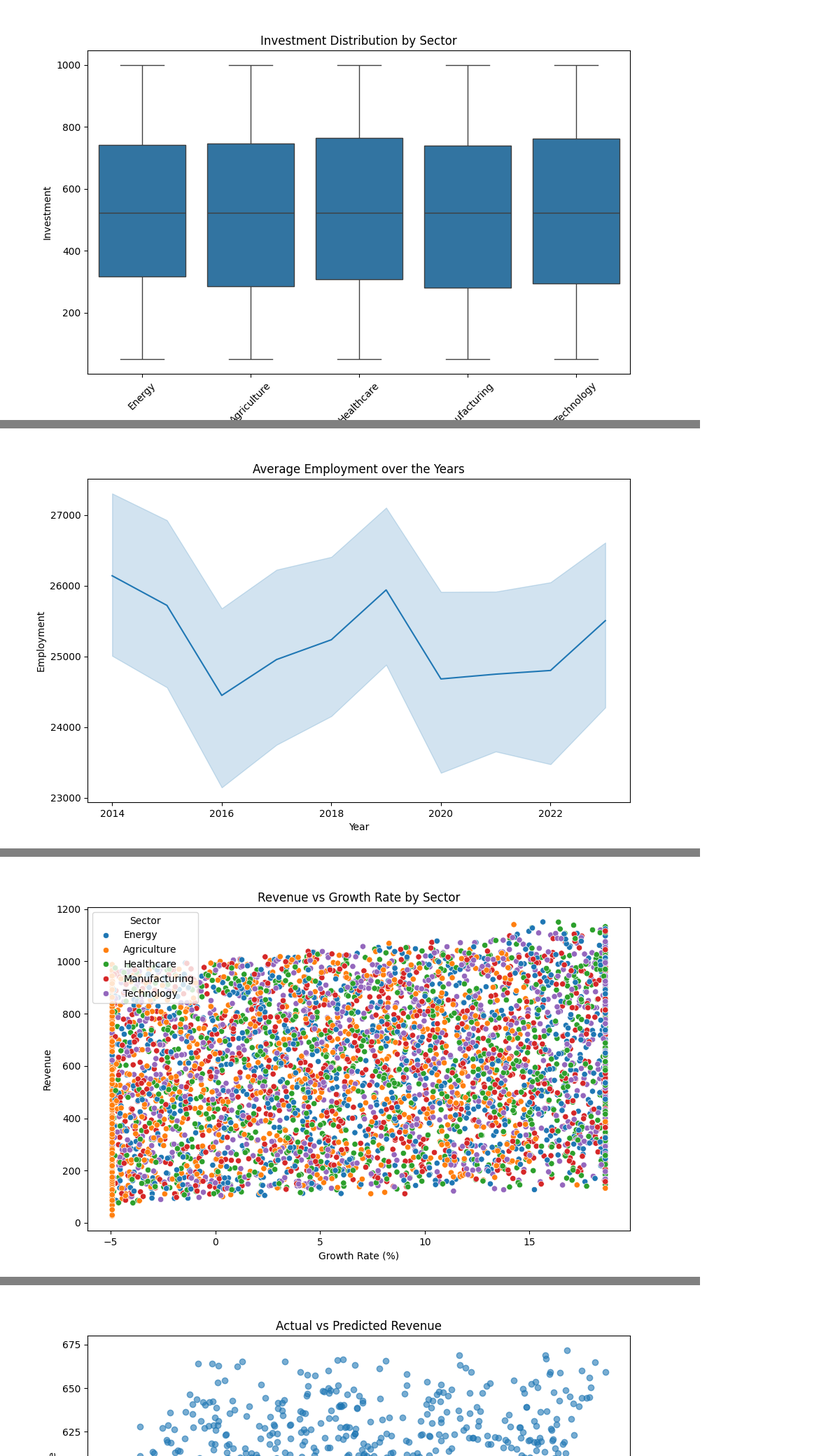
Repository: sjetti5555/GenAi
Script's output: python Training/AllDomains/IndustrialPolicy.py
An editor plug-in stored every save of this project. The script's output is shown before and after a run of saves, followed by the edit.
The pictures show rows 0 to 2080 of an output 2436 px tall, at 70% of full size.
Each picture stacks the figures in order, with grey between them; figures that are only written to a file come last. The script is stopped after its 8th figure. Random numbers start from a fixed seed.

Above is the script's output before, as saved 2024-10-27 18:46:20.

### Training/AllDomains/IndustrialPolicy.py
import pandas as pd
import numpy as np
import seaborn as sns
import matplotlib.pyplot as plt
from sklearn.model_selection import train_test_split
from sklearn.linear_model import LinearRegression
from sklearn.metrics import mean_squared_error, r2_score

# Load the dataset
file_path = r'C:\Users\srira\OneDrive\Desktop\Gen_AI\Training\AllDomains\1IndustrialPolicyDataset.py.csv'
df = pd.read_csv(file_path)
print(df.head())
print(df.describe())
print(df.info())

# Step 1: Data Cleaning
# Fill missing values with median (for numerical columns)
df['Employment'].fillna(df['Employment'].median(), inplace=True)
df['Investment'].fillna(df['Investment'].median(), inplace=True)



# Capping outliers in 'Growth Rate (%)' within the 5th and 95th percentiles
upper_limit = df['Growth Rate (%)'].quantile(0.95)
lower_limit = df['Growth Rate (%)'].quantile(0.05)
df['Growth Rate (%)'] = np.where(df['Growth Rate (%)'] > upper_limit, upper_limit,
                                 np.where(df['Growth Rate (%)'] < lower_limit, lower_limit, df['Growth Rate (%)']))

print("Data cleaning complete.")

# Step 2: Descriptive Statistics and Data Visualization
print("Descriptive statistics:\n", df.describe())

# 1. Investment by Sector
plt.figure(figsize=(10, 6))
sns.boxplot(x='Sector', y='Investment', data=df)
plt.title('Investment Distribution by Sector')
plt.xticks(rotation=45)
plt.show()

# 2. Employment by Year
plt.figure(figsize=(10, 6))
sns.lineplot(x='Year', y='Employment', data=df, estimator='mean')
plt.title('Average Employment over the Years')
plt.show()

# 3. Revenue by Growth Rate
plt.figure(figsize=(10, 6))
sns.scatterplot(x='Growth Rate (%)', y='Revenue', data=df, hue='Sector')
plt.title('Revenue vs Growth Rate by Sector')
plt.show()

# Step 3: Modeling for Future Predictions
# Prepare features and target
X = df[['Year', 'Employment', 'Investment', 'Growth Rate (%)', 'Exports']]
y = df['Revenue']

# Split data into training and testing sets
X_train, X_test, y_train, y_test = train_test_split(X, y, test_size=0.2, random_state=42)

# Train a Linear Regression model
model = LinearRegression()
model.fit(X_train, y_train)

# Make predictions
y_pred = model.predict(X_test)

# Model evaluation
mse = mean_squared_error(y_test, y_pred)
r2 = r2_score(y_test, y_pred)
print(f'Model Mean Squared Error: {mse}')
print(f'Model R^2 Score: {r2}')

# Visualize predictions vs actual values
plt.figure(figsize=(10, 6))
plt.scatter(y_test, y_pred, alpha=0.6)
plt.xlabel("Actual Revenue")
plt.ylabel("Predicted Revenue")
plt.title("Actual vs Predicted Revenue")
plt.show()

# Policy Recommendations (For reference, as the code output is for analysis)
print("Policy Recommendations based on the analysis:")
print("1. Increase investment in sectors with high growth rate but lower revenue to stimulate growth.")
print("2. Enhance employment programs in sectors with steady growth but low workforce.")
print("3. Implement sustainability measures in sectors with high environmental impact.")

Loaded but not shown: Training/AllDomains/1IndustrialPolicyDataset.py.csv (5051 lines, source omitted)

After the next 2 saves:
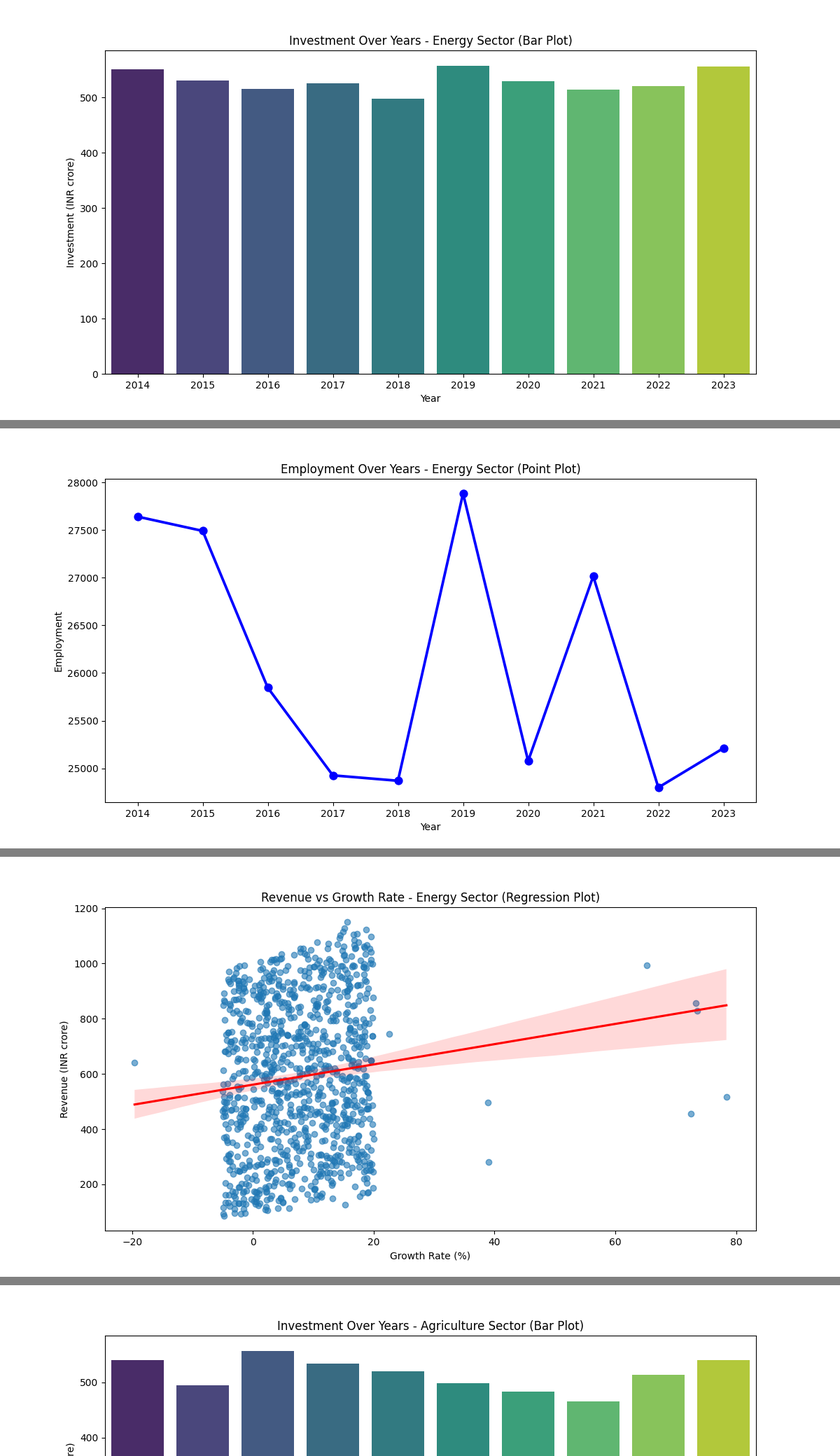
The 2 saves are shown as one change because 1 did not build or start.
The last was saved 11 min 55 s later.
--- a/Training/AllDomains/IndustrialPolicy.py
+++ b/Training/AllDomains/IndustrialPolicy.py
@@ -9,46 +9,50 @@ from sklearn.metrics import mean_squared_error, r2_score
 # Load the dataset
 file_path = r'C:\Users\srira\OneDrive\Desktop\Gen_AI\Training\AllDomains\1IndustrialPolicyDataset.py.csv'
 df = pd.read_csv(file_path)
+
 print(df.head())
 print(df.describe())
 print(df.info())
-
-# Step 1: Data Cleaning
-# Fill missing values with median (for numerical columns)
-df['Employment'].fillna(df['Employment'].median(), inplace=True)
-df['Investment'].fillna(df['Investment'].median(), inplace=True)
+print(df.isnull().sum())
 
 
 
-# Capping outliers in 'Growth Rate (%)' within the 5th and 95th percentiles
-upper_limit = df['Growth Rate (%)'].quantile(0.95)
-lower_limit = df['Growth Rate (%)'].quantile(0.05)
-df['Growth Rate (%)'] = np.where(df['Growth Rate (%)'] > upper_limit, upper_limit,
-                                 np.where(df['Growth Rate (%)'] < lower_limit, lower_limit, df['Growth Rate (%)']))
 
-print("Data cleaning complete.")
 
-# Step 2: Descriptive Statistics and Data Visualization
-print("Descriptive statistics:\n", df.describe())
 
-# 1. Investment by Sector
-plt.figure(figsize=(10, 6))
-sns.boxplot(x='Sector', y='Investment', data=df)
-plt.title('Investment Distribution by Sector')
-plt.xticks(rotation=45)
-plt.show()
+# Step 2: Descriptive Statistics and Visualization for Each Sector Separately
 
-# 2. Employment by Year
-plt.figure(figsize=(10, 6))
-sns.lineplot(x='Year', y='Employment', data=df, estimator='mean')
-plt.title('Average Employment over the Years')
-plt.show()
+# List of unique sectors in the dataset
+sectors = df['Sector'].unique()
 
-# 3. Revenue by Growth Rate
-plt.figure(figsize=(10, 6))
-sns.scatterplot(x='Growth Rate (%)', y='Revenue', data=df, hue='Sector')
-plt.title('Revenue vs Growth Rate by Sector')
-plt.show()
+for sector in sectors:
+    sector_data = df[df['Sector'] == sector]
+
+    # Plot 1: Investment Trend over the Years using a Bar Plot for each sector
+    plt.figure(figsize=(12, 6))
+    sns.barplot(x='Year', y='Investment', data=sector_data, ci=None, palette='viridis')
+    plt.title(f'Investment Over Years - {sector} Sector (Bar Plot)')
+    plt.xlabel("Year")
+    plt.ylabel("Investment (INR crore)")
+    plt.show()
+
+    # Plot 2: Employment over the Years using a Point Plot for each sector
+    plt.figure(figsize=(12, 6))
+    sns.pointplot(x='Year', y='Employment', data=sector_data, ci=None, color='blue', markers="o")
+    plt.title(f'Employment Over Years - {sector} Sector (Point Plot)')
+    plt.xlabel("Year")
+    plt.ylabel("Employment")
+    plt.show()
+
+    # Plot 3: Revenue vs Growth Rate with a Regression Plot for each sector
+    plt.figure(figsize=(12, 6))
+    sns.regplot(x='Growth Rate (%)', y='Revenue', data=sector_data, scatter_kws={'alpha':0.6}, line_kws={"color": "red"})
+    plt.title(f'Revenue vs Growth Rate - {sector} Sector (Regression Plot)')
+    plt.xlabel("Growth Rate (%)")
+    plt.ylabel("Revenue (INR crore)")
+    plt.show()
+
+print("Sector-specific visualizations complete.")
 
 # Step 3: Modeling for Future Predictions
 # Prepare features and target
@@ -73,13 +77,13 @@ print(f'Model R^2 Score: {r2}')
 
 # Visualize predictions vs actual values
 plt.figure(figsize=(10, 6))
-plt.scatter(y_test, y_pred, alpha=0.6)
+plt.scatter(y_test, y_pred, alpha=0.6, color="purple")
 plt.xlabel("Actual Revenue")
 plt.ylabel("Predicted Revenue")
-plt.title("Actual vs Predicted Revenue")
+plt.title("Actual vs Predicted Revenue (Scatter Plot)")
 plt.show()
 
-# Policy Recommendations (For reference, as the code output is for analysis)
+# Policy Recommendations based on Analysis
 print("Policy Recommendations based on the analysis:")
 print("1. Increase investment in sectors with high growth rate but lower revenue to stimulate growth.")
 print("2. Enhance employment programs in sectors with steady growth but low workforce.")
